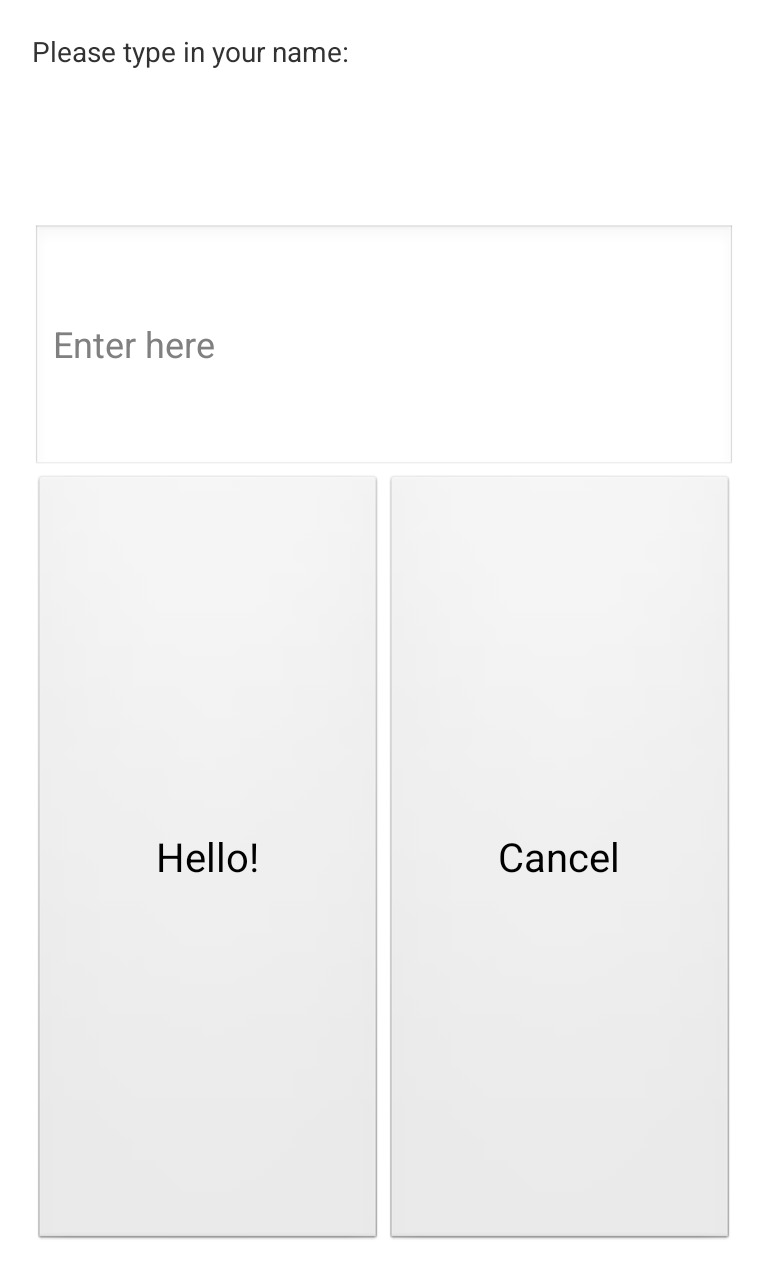
Repository: echolomaniac/HelloWorld
Layout: HelloWorld/res/layout/fragment_main.xml
These files come from the project's save history. The layout is drawn as it stood at one moment and after the next save; the edit follows.
It is drawn on a 768 x 1280 px phone screen (xhdpi) without system bars, with theme android:Theme.Light.NoTitleBar; the app's code is not run.

Above is the layout before, as saved 2014-05-06 06:54:48.

### HelloWorld/res/layout/fragment_main.xml
<RelativeLayout xmlns:android="http://schemas.android.com/apk/res/android"
    xmlns:tools="http://schemas.android.com/tools"
    android:layout_width="match_parent"
    android:layout_height="match_parent"
    android:paddingBottom="@dimen/activity_vertical_margin"
    android:paddingLeft="@dimen/activity_horizontal_margin"
    android:paddingRight="@dimen/activity_horizontal_margin"
    android:paddingTop="@dimen/activity_vertical_margin"
    tools:context="com.example.helloworld.MainActivity$PlaceholderFragment" >

    <LinearLayout
        android:id="@+id/linearLayout1"
        android:layout_width="fill_parent"
        android:layout_height="fill_parent"
        android:layout_alignParentLeft="true"
        android:orientation="vertical" >

        <TextView
            android:id="@+id/textView1"
            android:layout_width="wrap_content"
            android:layout_height="wrap_content"
            android:layout_weight="0.1"
            android:text="@string/enter_name" />

        <EditText
            android:id="@+id/nameEditText"
            android:layout_width="match_parent"
            android:layout_height="wrap_content"
            android:layout_weight="0.1"
            android:ems="10"
            android:hint="@string/hint_enter_name" />

        <LinearLayout
            android:layout_width="fill_parent"
            android:layout_height="0dp"
            android:layout_weight="0.5" >

            <Button
                android:id="@+id/button1"
                android:layout_width="0dp"
                android:layout_weight="0.5"
                android:layout_height="match_parent"
                android:text="@string/hello_button"
                android:textSize="20sp"
                android:onClick="onHelloPressed"/>

            <Button
                android:id="@+id/button2"
                android:layout_width="0dp"
                android:layout_weight = "0.5"
                android:layout_height="match_parent"
                android:text="@string/button_cancel"
                android:textSize="20sp" />

        </LinearLayout>

    </LinearLayout>

</RelativeLayout>

### HelloWorld/res/values/strings.xml
<?xml version="1.0" encoding="utf-8"?>
<resources>

    <string name="app_name">HelloWorld</string>
    <string name="hello_world">Hello world!</string>
    <string name="action_settings">Settings</string>
    <string name="enter_name">Please type in your name:</string>
    <string name="hello_button">Hello!</string>
    <string name="hint_enter_name">Enter here</string>
    <string name="button_cancel">Cancel</string>
    <string name="field_Hello">Hello!</string>
    <string name="button_exit">Exit</string>

</resources>

Loaded but not shown: HelloWorld/res/values/dimens.xml (common file); HelloWorld/res/values-w820dp/dimens.xml (common file)

After the next save:
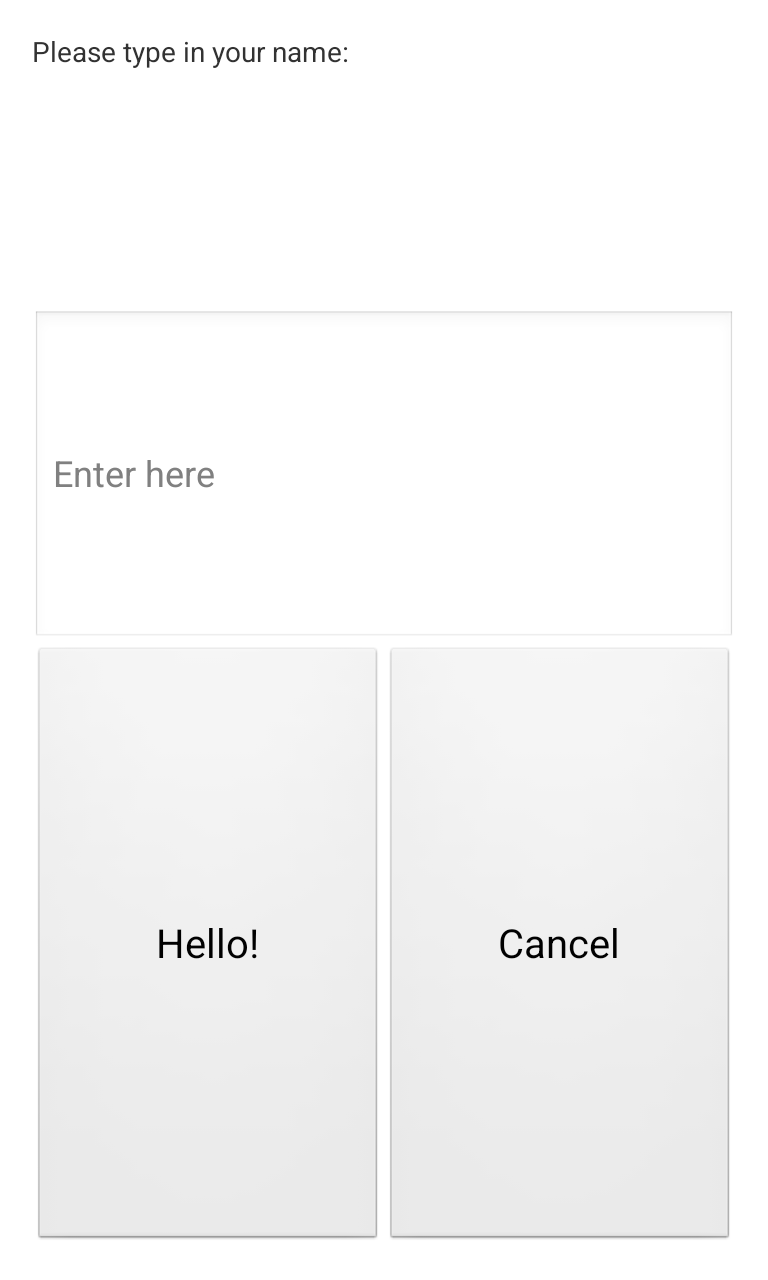
Saved 7 s later.
--- a/HelloWorld/res/layout/fragment_main.xml
+++ b/HelloWorld/res/layout/fragment_main.xml
@@ -19,14 +19,14 @@
             android:id="@+id/textView1"
             android:layout_width="wrap_content"
             android:layout_height="wrap_content"
-            android:layout_weight="0.1"
+            android:layout_weight="0.2"
             android:text="@string/enter_name" />
 
         <EditText
             android:id="@+id/nameEditText"
             android:layout_width="match_parent"
             android:layout_height="wrap_content"
-            android:layout_weight="0.1"
+            android:layout_weight="0.2"
             android:ems="10"
             android:hint="@string/hint_enter_name" />
 
